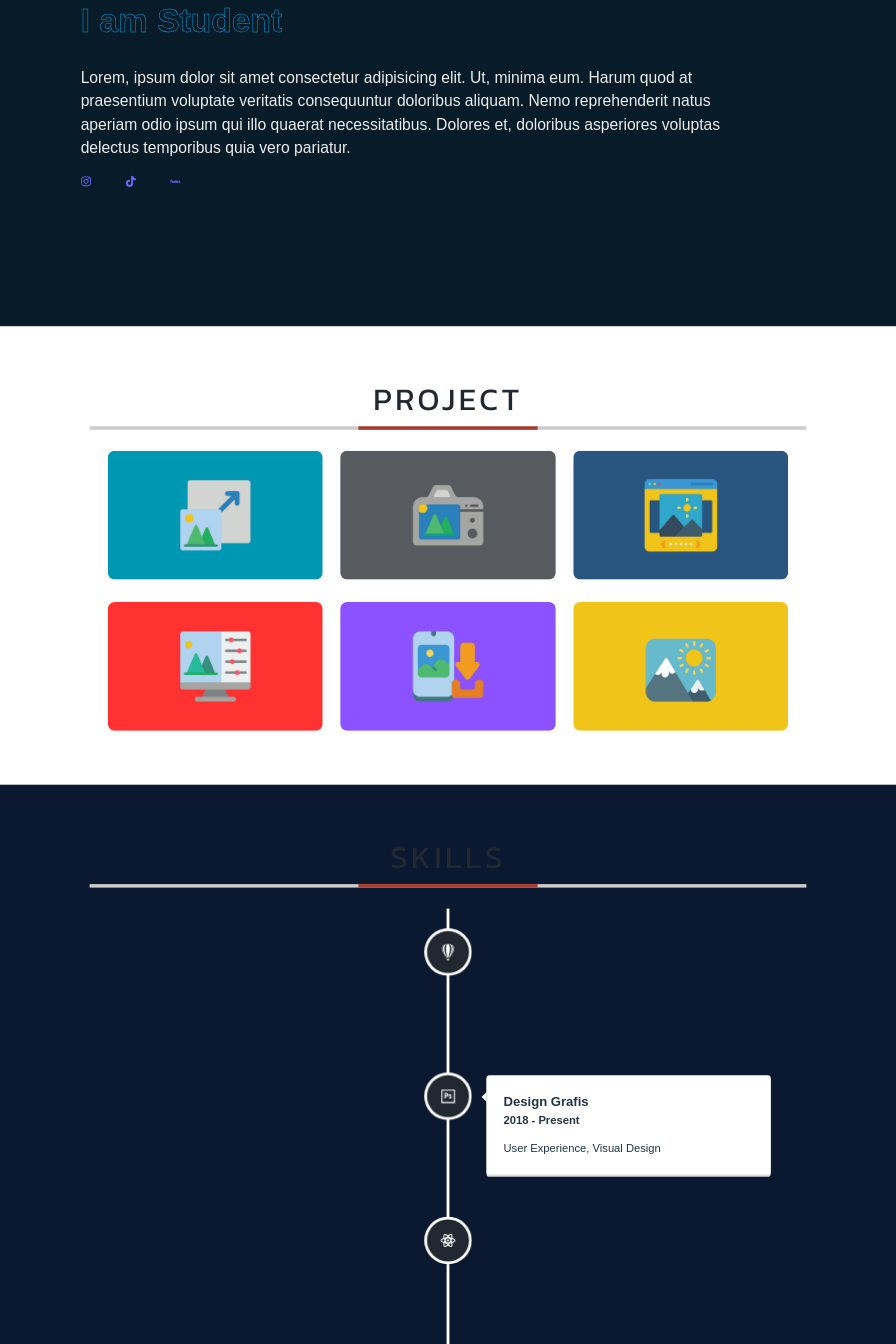
Repository: sellayspy/Portofolio
Page: /
These files come from the project's save history. The page is drawn as it stood at one moment and after the next save; the edit follows.
The browser window is 1280 px wide. The pictures show the part of the page from y = 520 to 2440 px (the page is 4038 px tall before and 4094 px after), at 70% of full size.
The project was rebuilt for these pictures with package versions that can differ from the ones it lists, and the page was loaded fresh each time. Also part of the build but not shown: vite.config.js, src/styles/DetailPortfolio.css, src/components/ScrollToTop.jsx, src/pages/DetailPortfolio.jsx, src/pages/PagesNotFound.jsx.

Above is the page before, as saved 2024-09-15 16:23:37.

### index.html
<!DOCTYPE html>
<html lang="en">
  <head>
    <meta charset="UTF-8" />
    <link rel="icon" type="image/svg+xml" href="/vite.svg" />
    <meta name="viewport" content="width=device-width, initial-scale=1.0" />
    <title>Portofolio RikiFN</title>
  </head>
  <body>
    <div id="root"></div>
    <script type="module" src="/src/main.jsx"></script>
  </body>
</html>

### src/App.jsx
import "./App.css";
import Home from "./pages/Home";
import DetailPortfolio from "./pages/DetailPortfolio";

import { BrowserRouter, Routes, Route } from "react-router-dom";
import PagesNotFound from "./pages/PagesNotFound";

const App = () => {
  return (
    <BrowserRouter>
      <Routes>
        <Route path="/" element={<Home />} />
        <Route path="/portfolio/:id" element={<DetailPortfolio />} />
        <Route path="/pages-not-found" element={<PagesNotFound />} />
        <Route path="*" element={<PagesNotFound />} />
      </Routes>
    </BrowserRouter>
  );
};

export default App;

### src/App.css
/* Global */
@import url("https://fonts.googleapis.com/css2?family=Nunito+Sans:opsz,wght@6..12,300&display=swap");
@import url("https://fonts.googleapis.com/css2?family=Kanit&display=swap");

html,
body {
  margin: 0px;
  padding: 0px;
  border: none;
  outline: none;
  box-sizing: border-box;
  text-decoration: none;
  scroll-behavior: smooth;
  font-family: "poppins", sans-serif;
}
.wrapper {
  width: 1024px;
  margin: auto;
  padding: 20px 0px 20px 0px;
}

section {
  padding: 50px 0px 50px 0px;
}

.wrapper > h3,
.wrapper > h1 {
  text-align: center;
  font-size: 2.8rem;
  margin: 0px 0px 30px 0px;
  padding: 0px;
  font-family: "Kanit", sans-serif;
  color: #222831;
  letter-spacing: 5px;
  text-transform: uppercase;
  border-bottom: 5px solid #cccccc;
}
.wrapper > h3::after,
.wrapper > h1::after {
  content: "";
  display: block;
  border-bottom: 5px solid #aa392d;
  width: 25%;
  position: relative;
  bottom: -5px; /* your padding + border-width */
  margin: auto;
}

@media only screen and (max-width: 1000px) {
  .wrapper {
    width: 80%;
  }
}

### src/pages/Home.jsx
import About from "../components/About";
import Experience from "../components/Experience";
import Footer from "../components/Footer";
import Header from "../components/Header";
import Navbar from "../components/Navbar";
import Portfolio from "../components/Portfolio";

function Home() {
  return (
    <>
      <Navbar />
      <Header />
      <Portfolio />
      <Experience />
      <About />
      <Footer />
    </>
  );
}

export default Home;

### src/components/About.jsx
import { FaHtml5 } from "react-icons/fa";
import { IoLogoJavascript } from "react-icons/io";
import { FaCss3 } from "react-icons/fa";
import { FaLaravel } from "react-icons/fa";
import { FaReact } from "react-icons/fa";
import { RiTailwindCssFill } from "react-icons/ri";
import { SiCoreldraw } from "react-icons/si";
import { SiAdobephotoshop } from "react-icons/si";
import "../styles/About.css";

const About = () => {
  return (
    <section id="about">
      <div className="wrapper">
        <h3>About</h3>
        <p>
          Lorem ipsum dolor sit amet consectetur adipisicing elit. Totam magni,
          dolorum, explicabo obcaecati ut impedit officiis quae non natus
          praesentium ex, excepturi asperiores laboriosam distinctio vitae
          cupiditate nulla debitis consectetur?
        </p>
        <p>
          Lorem ipsum dolor sit amet consectetur, adipisicing elit. Corporis,
          similique.
        </p>
        <p>Lorem ipsum dolor sit amet.</p>
        <h4>Programing Language & Tools</h4>
        <div className="skills">
          <FaHtml5 />
          <FaCss3 />
          <IoLogoJavascript />
          <RiTailwindCssFill />
          <FaLaravel />
          <FaReact />
          <SiCoreldraw />
          <SiAdobephotoshop />
        </div>
      </div>
    </section>
  );
};

export default About;

### src/components/Experience.jsx
import {
  VerticalTimeline,
  VerticalTimelineElement,
} from "react-vertical-timeline-component";
import "react-vertical-timeline-component/style.min.css";
import { SiNestjs } from "react-icons/si";
import { FaLaravel } from "react-icons/fa";
import { RiReactjsLine } from "react-icons/ri";
import { RiNextjsFill } from "react-icons/ri";
import { FaJava } from "react-icons/fa";
import { SiCoreldraw } from "react-icons/si";
import { DiPhotoshop } from "react-icons/di";
import "../styles/Experience.css";
const Experience = () => {
  return (
    <section id="experience">
      <div className="wrapper">
        <h3>Skills</h3>

        <VerticalTimeline>
          <VerticalTimelineElement
            className="vertical-timeline-element--work"
            iconStyle={{ background: "#222831", color: "#fff" }}
            icon={<SiCoreldraw />}
          >
            <h3 className="vertical-timeline-element-title">Design Grafis</h3>
            <h4 className="vertical-timeline-element-subtitle">
              2018 - Present
            </h4>
            <p>User Experience, Visual Design</p>
          </VerticalTimelineElement>
          <VerticalTimelineElement
            className="vertical-timeline-element--work"
            iconStyle={{ background: "#222831", color: "#fff" }}
            icon={<DiPhotoshop />}
          >
            <h3 className="vertical-timeline-element-title">Design Grafis</h3>
            <h4 className="vertical-timeline-element-subtitle">
              2018 - Present
            </h4>
            <p>User Experience, Visual Design</p>
          </VerticalTimelineElement>
          <VerticalTimelineElement
            className="vertical-timeline-element--work"
            iconStyle={{ background: "#222831", color: "#fff" }}
            icon={<RiReactjsLine />}
          >
            <h3 className="vertical-timeline-element-title">Web Development</h3>
            <h4 className="vertical-timeline-element-subtitle">
              2018 - Present
            </h4>
            <p>User Experience, Visual Design</p>
          </VerticalTimelineElement>
          <VerticalTimelineElement
            className="vertical-timeline-element--work"
            date="2024 - present"
            iconStyle={{ background: "#222831", color: "#fff" }}
            icon={<RiNextjsFill />}
          >
            <h3 className="vertical-timeline-element-title">Web Designer</h3>
            <h4 className="vertical-timeline-element-subtitle">
              Los Angeles, CA
            </h4>
            <p>User Experience, Visual Design</p>
          </VerticalTimelineElement>
          <VerticalTimelineElement
            className="vertical-timeline-element--work"
            date="2024 - present"
            iconStyle={{ background: "#222831", color: "#fff" }}
            icon={<FaJava />}
          >
            <h3 className="vertical-timeline-element-title">Web Designer</h3>
            <h4 className="vertical-timeline-element-subtitle">
              Los Angeles, CA
            </h4>
            <p>User Experience, Visual Design</p>
          </VerticalTimelineElement>
          <VerticalTimelineElement
            className="vertical-timeline-element--work"
            date="2024 - present"
            iconStyle={{ background: "#222831", color: "#fff" }}
            icon={<SiCoreldraw />}
          >
            <h3 className="vertical-timeline-element-title">Web Designer</h3>
            <h4 className="vertical-timeline-element-subtitle">
              Los Angeles, CA
            </h4>
            <p>User Experience, Visual Design</p>
          </VerticalTimelineElement>
          <VerticalTimelineElement
            className="vertical-timeline-element--work"
            date="2024 - present"
            iconStyle={{ background: "#222831", color: "#fff" }}
            icon={<DiPhotoshop />}
          >
            <h3 className="vertical-timeline-element-title">Web Designer</h3>
            <h4 className="vertical-timeline-element-subtitle">
              Los Angeles, CA
            </h4>
            <p>User Experience, Visual Design</p>
          </VerticalTimelineElement>
        </VerticalTimeline>
      </div>
    </section>
  );
};

export default Experience;

### src/components/Footer.jsx
import "../styles/Footer.css";

const Footer = () => {
  return <footer>&copy; 2024. Riki Fauzia Nurjaman</footer>;
};

export default Footer;

### src/components/Header.jsx
import profilePicture from "../assets/test.png";
import { FaInstagram } from "react-icons/fa";
import { FaTiktok } from "react-icons/fa";
import { SiFiverr } from "react-icons/si";
import "../styles/Header.css";
const Header = () => {
  return (
    <header>
      <div className="header-jumbotron">
        <h1>Hello I'm Riki Fauzia Nurjaman</h1>
        <h2>
          I am <span className="type-animation">Student</span>
        </h2>
        <p>
          Lorem, ipsum dolor sit amet consectetur adipisicing elit. Ut, minima
          eum. Harum quod at praesentium voluptate veritatis consequuntur
          doloribus aliquam. Nemo reprehenderit natus aperiam odio ipsum qui
          illo quaerat necessitatibus. Dolores et, doloribus asperiores voluptas
          delectus temporibus quia vero pariatur.
        </p>
        <div className="socialMedia">
          <a href="https://www.instagram.com/rikifauzianurjaman/">
            <FaInstagram />
          </a>
          <a href="https://www.tiktok.com/@officialspylike">
            <FaTiktok />
          </a>
          <a href="https://www.fiverr.com/rikifauzianurja">
            <SiFiverr />
          </a>
        </div>
      </div>
    </header>
  );
};

export default Header;

### src/components/Navbar.jsx
import { FaBars } from "react-icons/fa6";
import { IoClose } from "react-icons/io5";
import "../styles/Navbar.css";
import { useState } from "react";
import { HashLink } from "react-router-hash-link";
import { Link } from "react-router-dom";

const Navbar = () => {
  const [statusTampil, setStatusTampil] = useState("");

  const tampilMenu = () => {
    if (statusTampil == "") {
      setStatusTampil("tampil");
    } else {
      setStatusTampil("");
    }
  };
  return (
    <nav>
      <div className="wrapper">
        <div className="logo">
          <Link to="/">Portfolio</Link>
        </div>
        <button onClick={tampilMenu}>
          {statusTampil == "" ? <FaBars /> : <IoClose />}
        </button>
        <div className={`menu ${statusTampil}`} onClick={tampilMenu}>
          <ul>
            <li>
              <HashLink to="/#portfolio">Project</HashLink>
            </li>
            <li>
              <HashLink to="/#contact">Service</HashLink>
            </li>
            <li>
              <HashLink to="/#about">About</HashLink>
            </li>
            <li>
              <HashLink to="/#experience">Skills</HashLink>
            </li>
          </ul>
        </div>
      </div>
    </nav>
  );
};

export default Navbar;

### src/components/Portfolio.jsx
import { portfolioList } from "../data/DataPortfolio";

import { Link } from "react-router-dom";

import "../styles/Portfolio.css";

const Portfolio = () => {
  return (
    <section id="portfolio">
      <div className="wrapper">
        <h3>Project</h3>
        <div className="grid">
          {portfolioList.map((item) => {
            return (
              <div className="item" key={item.id}>
                <Link to={`/portfolio/${item.id}`}>
                  <img src={item.image} />
                </Link>
              </div>
            );
          })}
        </div>
      </div>
    </section>
  );
};

export default Portfolio;

### src/data/DataPortfolio.jsx
import portfolio1 from "../assets/portfolio1.png";
import portfolio2 from "../assets/portfolio2.png";
import portfolio3 from "../assets/portfolio3.png";
import portfolio4 from "../assets/portfolio4.png";
import portfolio5 from "../assets/portfolio5.png";
import portfolio6 from "../assets/portfolio6.png";

export const portfolioList = [
  {
    id: "1",
    title: "Website Portofolio",
    image: portfolio1,
    skill: "html, css, javascript",
  },
  {
    id: "2",
    title: "Website Portofolio2",
    image: portfolio2,
    skill: "laravel, react, api, typescript, tailwind",
  },
  {
    id: "3",
    title: "Website Portofolio3",
    image: portfolio3,
    skill: "react, javascript, css, html",
  },
  {
    id: "4",
    title: "Website Portofolio4",
    image: portfolio4,
    skill: "reactjs, typescript, tailwind, nodejs",
  },
  {
    id: "5",
    title: "Desain Grafis Portofolio",
    image: portfolio5,
    skill: "adobephotoshop, coreldraw",
  },
  {
    id: "6",
    title: "Desain Grafis Portofolio2",
    image: portfolio6,
    skill: "adobephotoshop, coreldraw",
  },
];

### src/styles/About.css
#about {
  background-color: #eaedef;
  position: relative;
  font-size: 1.2rem;
}
#about > .wrapper {
  margin: auto;
  width: 50%;
}
#about > .wrapper > h3 {
  text-align: center;
  font-size: 2.8rem;
  margin: 0px 0px 30px 0px;
  padding: 0px;
  font-family: "Kanit", sans-serif;
  color: #333;
  letter-spacing: 5px;
  text-transform: uppercase;
}
#about > .wrapper > p {
  text-align: center;
}

#about > .wrapper > h4 {
  text-align: center;
  font-size: 1.4rem;
  margin: 0px 0px 20px 0px;
  padding: 0px;
  font-family: "Kanit", sans-serif;
  letter-spacing: 5px;
  color: #333;
}
.skills {
  text-align: center;
}
.skills > svg {
  display: inline-block;
  color: #74797e;
  width: 50px;
  height: auto;
  margin: 10px;
  cursor: pointer;
}

.skills > svg:hover {
  color: #aa392d;
}

@media only screen and (max-width: 1000px) {
  #about > .wrapper {
    width: 80%;
  }
}

### src/styles/Experience.css
#experience {
  background-color: #0a192f;
  position: relative;
}

### src/styles/Footer.css
footer {
  background-color: #39404a;
  text-align: center;
  line-height: 100px;
  color: #fff;
  letter-spacing: 5px;
}

### src/styles/Header.css
:root {
  --bg-color: #081b29;
  --second-bg-color: #112e43;
  --text-color: #ededed;
  --main-color: #00abf0;
}

header {
  background-color: var(--bg-color);
  color: var(--text-color);
  padding: 10rem 9% 2rem;
}

.header-jumbotron {
  width: 60rem;
  padding: 10rem 0;
}

.header-jumbotron h1 {
  font-size: 4rem;
  line-height: 1;
}

.header-jumbotron h2 {
  margin-top: -20px;
  font-size: 3rem;
  color: transparent;
  -webkit-text-stroke: 0.7px var(--main-color);
  line-height: 1;
}

.header-jumbotron p {
  font-size: 1.4rem;
  line-height: 1.5;
}

.socialMedia {
  color: #fff;
  display: flex;
  gap: 3rem;
}
/*
.socialMedia > a {
  background-color: #222831;
  color: #fff;
  width: 80px;
  height: 80px;
  border-radius: 50%;
  display: flex;
  justify-content: center;
  align-items: center;
  transition: transform 0.3s ease-in-out;
}
.socialMedia > a > svg {
  height: 30px;
  width: auto;
}
.socialMedia > a:hover {
  background-color: #aa392d;
  box-shadow: 0px 0px 10px rgba(255, 255, 255, 0.5);
  transform: scale(1.2);
} */

/* .header-jumbotron > img {
  width: 280px;
  border: 5px solid skyblue;
  border-radius: 100%;
  box-shadow: 0px 0px 20px rgba(255, 255, 255, 0.5);
}

.header-jumbotron > .header-text > .animated-tex {
  color: #fff;
  margin: 20px 0px 0px 0px;
  padding: 0px;
  font-size: 2.5rem;
}

.animated-tex span {
  position: relative;
}

.animated-tex span::before {
  content: "Student";
  background: linear-gradient(270deg, #df8908 10%, #b415ff 100%);
  background-clip: text;
  -webkit-background-clip: text;
  -webkit-text-fill-color: transparent;
  animation: words 20s infinite;
}

.animated-tex span::after {
  content: "";
  position: absolute;
  width: calc(100% + 8px);
  height: 100%;
  background-color: #0a192f;
  border-left: 2px solid #e03fd8;
  right: -2px;
  animation: cursor 0.8s infinite, typing 20s steps(14) infinite;
}
@keyframes cursor {
  to {
    border-left: 2px solid #fff;
  }
}
@keyframes words {
  0%,
  34% {
    content: "Programmer";
  }
  25%,
  68% {
    content: "Designer";
  }
  69%,
  100% {
    content: "Gamer";
  }
}
@keyframes typing {
  10%,
  15%,
  30%,
  35%,
  50%,
  55%,
  70%,
  75%,
  90%,
  95% {
    width: 0;
  }
  5%,
  20%,
  25%,
  40%,
  45%,
  60%,
  65%,
  80%,
  85% {
    width: calc(100% + 8px);
  }
}

.header-jumbotron > .header-text > h3 {
  position: relative;
  color: #0e3742;
  margin: 10px 0px 0px 0px;
  padding: 0px;
  font-size: 3.5rem;
  text-transform: uppercase;
  line-height: 0.7em;
  outline: none;
  animation: animate 5s linear forwards;
}

@keyframes animate {
  0% {
    color: #0e3742;
    text-shadow: none;
  }
  100% {
    color: #fff;
    text-shadow: 0 0 10px #03bcf4, 0 0 20px #03bcf4, 0 0 40px #03bcf4,
      0 0 80px #03bcf4, 0 0 160px #03bcf4;
  }
}

.header-jumbotron > .header-text > p {
  padding: 15px;
  margin: 0px 5px 20px 5px;
  color: #fff;
  font-size: 1.2rem;
}

} */

### src/styles/Navbar.css
nav {
  background-color: #081225;
  color: #fff;
  position: sticky;
  top: 0;
  z-index: 100;
  text-transform: uppercase;
  box-shadow: 0px 0px 10px rgba(255, 255, 255, 0.5);
}
nav > .wrapper {
  display: flex;
  justify-content: space-between;
  align-items: center;
}

.menu {
  width: 35%;
}

.logo {
  display: flex;
  align-items: center;
}
.logo > a {
  color: #fff;
  text-decoration: none;
  font-size: 1.5rem;
  font-weight: 900;
  letter-spacing: 8px;
}
.menu > ul {
  display: flex;
  list-style-type: none;
  margin: 0px;
  padding: 0px;
  justify-content: space-between;
  font-weight: bold;
}

.menu > ul > li > a {
  position: relative;
  text-decoration: none;
  color: #fff;
}

.menu > ul > li > a::before {
  content: "";
  position: absolute;
  top: 100%;
  left: 0;
  width: 0;
  height: 2px;
  background: yellow;
  transition: 0.3s;
}

.menu > ul > li > a:hover::before {
  width: 100%;
}

nav > .wrapper > button {
  cursor: pointer;
  display: none;
  position: absolute;
  right: 10px;
  top: 10px;
  border: 0px;
  background-color: transparent;
  padding: 0px;
}
nav > .wrapper > button > svg {
  color: #fff;
  font-size: 50px;
}
@media only screen and (max-width: 1000px) {
  .menu > ul {
    display: none;
  }
  .menu.tampil > ul {
    display: inline;
  }
  .menu {
    text-align: right;
  }
  nav > .wrapper > button {
    display: inline;
  }
  .menu > ul {
    flex-direction: column;
    background-color: #060d1c;
    width: 100%;
    position: fixed;
    top: 70px;
    left: 0;
  }
  .menu > ul > li {
    text-align: left;
    cursor: pointer;
  }
  .menu > ul > li > a {
    display: inline-block;
    padding: 15px 20px 15px 50px;
    width: 100%;
  }
  .menu > ul > li > a:hover {
    background-color: #000;
  }
}

### src/styles/Portfolio.css
.grid {
  display: grid;
  grid-template-columns: 30% 30% 30%;
  grid-gap: 25px;
  justify-content: center;
}

.grid > .item > a > img {
  width: 100%;
  border-radius: 10px;
}

@media only screen and (max-width: 1000px) {
  .grid {
    grid-template-columns: 45% 45%;
  }
}

Loaded but not shown: src/main.jsx (common file); src/index.css (common file)

After the next save:
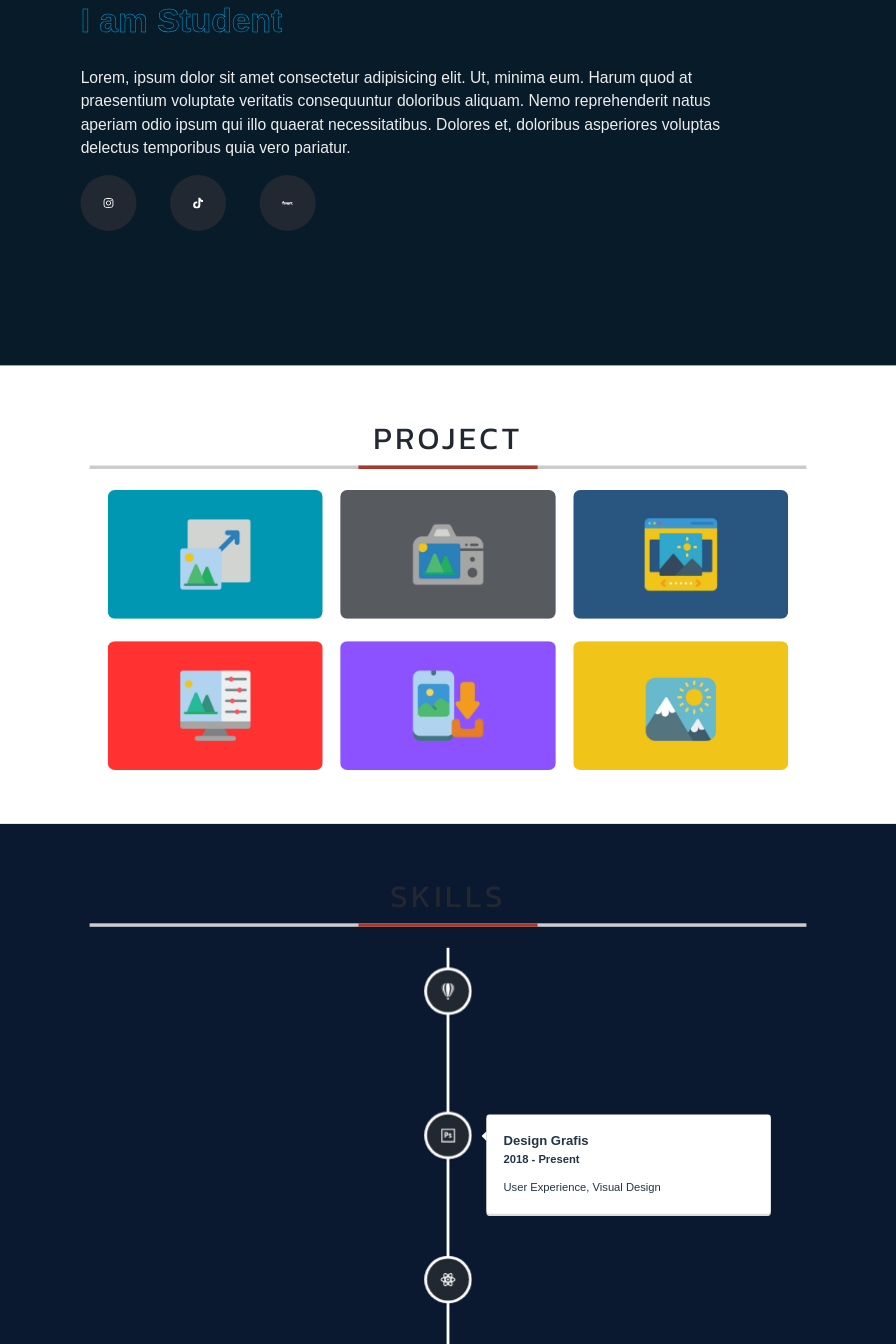
Saved 31 s later.
--- a/src/styles/Header.css
+++ b/src/styles/Header.css
@@ -39,7 +39,7 @@ header {
   display: flex;
   gap: 3rem;
 }
-/*
+
 .socialMedia > a {
   background-color: #222831;
   color: #fff;
@@ -51,6 +51,8 @@ header {
   align-items: center;
   transition: transform 0.3s ease-in-out;
 }
+
+/*
 .socialMedia > a > svg {
   height: 30px;
   width: auto;
